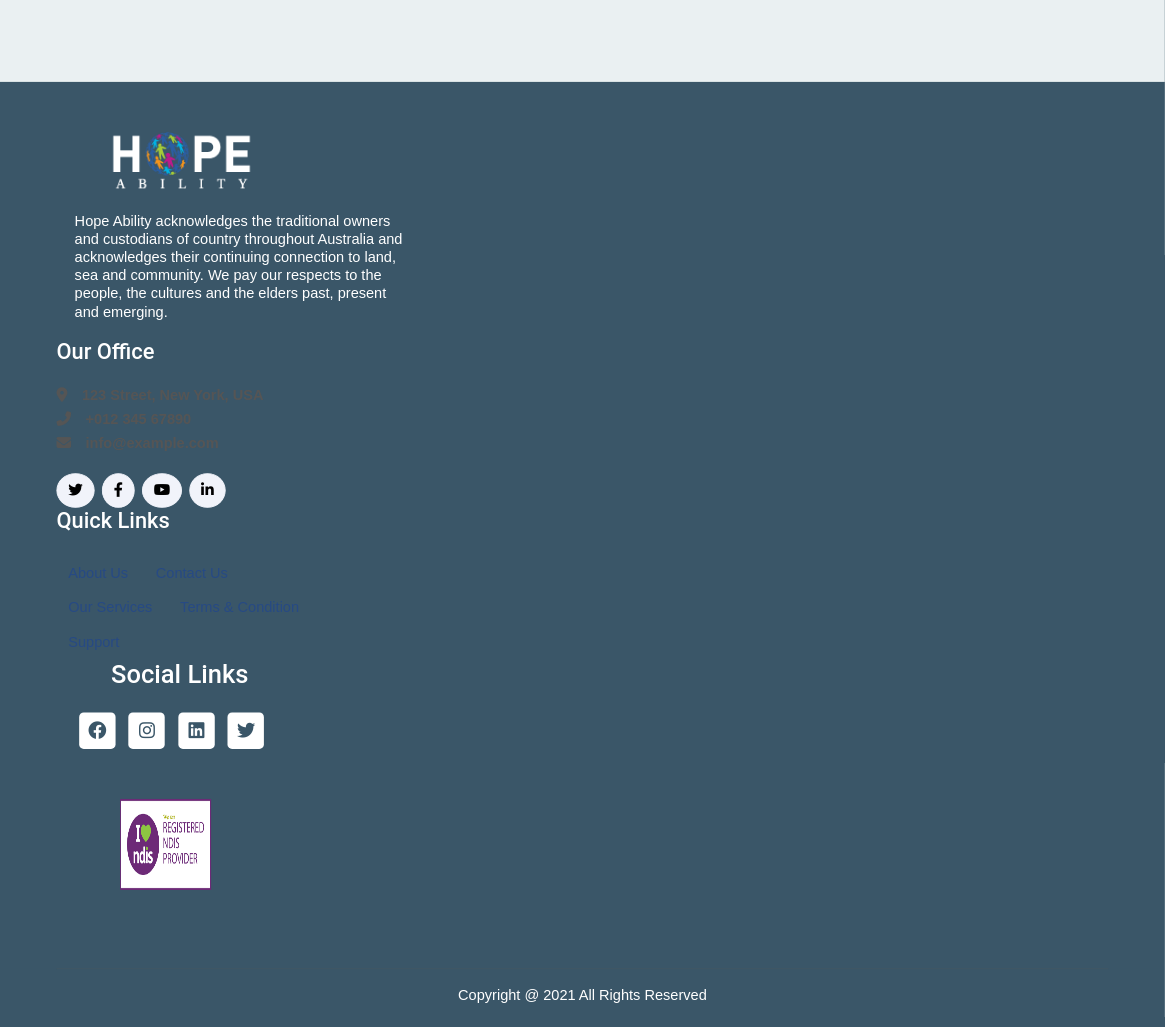
Repository: sandhya8109/hope
Page: footer1.html
An editor plug-in stored every save of this project. The page is shown before and after the next save, followed by the edit.
The browser window is 1280 px wide. The pictures show the whole page, at 91% of full size.
Some web fonts or font styles are not loaded; a fallback is used.

Above is the page before, as saved 2023-05-27 02:02:10.

### footer1.html

    <!DOCTYPE html>
    <html lang="en">

    <head>
        <meta charset="UTF-8">
        <meta http-equiv="X-UA-Compatible" content="IE=edge">
        <meta name="viewport" content="width=device-width, initial-scale=1.0">
        <title>Footer</title>
        <link rel="stylesheet" href="https://cdnjs.cloudflare.com/ajax/libs/font-awesome/6.4.0/css/all.min.css"
            integrity="sha512-iecdLmaskl7CVkqkXNQ/ZH/XLlvWZOJyj7Yy7tcenmpD1ypASozpmT/E0iPtmFIB46ZmdtAc9eNBvH0H/ZpiBw=="
            crossorigin="anonymous" referrerpolicy="no-referrer" />
        <link href="http://fonts.googleapis.com/css?family=Cookie" rel="stylesheet" type="text/css">
        <link rel="stylesheet" href="./css/footer.css">
        <link href="./css/bootstrap.min.css" rel="stylesheet">
        <style>
            @media (max-width: 768px) {
                .footer-distributed {
                    flex-direction: column;
                    text-align: center;
                }

                .footer-left,
                .footer-center,
                .footer-right {
                    margin-bottom: 20px;
                }
            }
        </style>
    </head>

    <body>
        <footer class="footer-distributed">
        <div class="container-xxl">
            <div class="footer-left">
                <img src="./img/hopeability.png" class="img-footer">
                <p class="footer-company-about">
                    <span>Hope Ability acknowledges the traditional owners and custodians of country throughout Australia
                        and acknowledges their continuing connection to land, sea and community. We pay our respects to the
                        people, the cultures and the elders past, present and emerging.
                    </span>
                </p>
            </div>

            <div class="col-lg-3 col-md-6">
                <h4 class="text-white mb-4">Our Office</h4>
                <p class="mb-2"><i class="fa fa-map-marker-alt me-3"></i>123 Street, New York, USA</p>
                <p class="mb-2"><i class="fa fa-phone-alt me-3"></i>+012 345 67890</p>
                <p class="mb-2"><i class="fa fa-envelope me-3"></i>info@example.com</p>
                <div class="d-flex pt-3">
                    <a class="btn btn-square btn-light rounded-circle me-2" href=""><i
                            class="fab fa-twitter"></i></a>
                    <a class="btn btn-square btn-light rounded-circle me-2" href=""><i
                            class="fab fa-facebook-f"></i></a>
                    <a class="btn btn-square btn-light rounded-circle me-2" href=""><i
                            class="fab fa-youtube"></i></a>
                    <a class="btn btn-square btn-light rounded-circle me-2" href=""><i
                            class="fab fa-linkedin-in"></i></a>
                </div>
            </div>
            <div class="col-lg-3 col-md-6">
                <h4 class="text-white mb-4">Quick Links</h4>
                <a class="btn btn-link" href="">About Us</a>
                <a class="btn btn-link" href="">Contact Us</a>
                <a class="btn btn-link" href="">Our Services</a>
                <a class="btn btn-link" href="">Terms & Condition</a>
                <a class="btn btn-link" href="">Support</a>
            </div>
            <div class="footer-right">
                <h3>Social Links</h3>
                <div class="footer-icons">
                    <a href="https://www.facebook.com/hopeabilityofficial/"><i class="fa-brands fa-facebook"></i></a>
                    <a href="https://www.instagram.com/hope_ability/"><i class="fa-brands fa-instagram"></i></a>
                    <a href="https://www.linkedin.com/in/hope-ability/"><i class="fa-brands fa-linkedin"></i></a>
                    <a href="//twitter.com/Hopeabilityau"><i class="fa-brands fa-twitter"></i></a>
                    <img src=".admin/assets/img/NDIS-provider.jpg">
                </div>
            </div>

            <hr>
            <p class="footer-company-name">Copyright @ 2021 All Rights Reserved</p>
        </div>
        </footer>
    </body>

    </html>

### css/footer.css
@import url('http://fonts.googleapis.com/css?family=Open+Sans:400,700');

* {
    padding: 0;
    margin: 0;
}

body {
    font-family: 'Poppins', sans-serif;
}

html {
    background-color: #eaf0f2;
}

hr {
    color: #ffffff;
    width: 100%;
    margin-top: 20px;
}


/* The footer is fixed to the bottom of the page */

footer {
    position: fixed;
    bottom: 0;
}

@media (max-height:800px) {
    footer {
        position: static;
    }

    header {
        padding-top: 40px;
    }
}

.footer-distributed {
    background-color: #3A5668;
    box-sizing: border-box;
    width: 100%;
    text-align: left;
    font: bold 16px sans-serif;
    padding: 50px 50px 10px 50px;
    margin-top: 90px;
}

.footer-distributed .footer-left,
.footer-distributed .footer-center,
.footer-distributed .footer-right {
    display: inline-block;
    vertical-align: top;
}

/* Footer left */

.footer-distributed .footer-left {
    width: 35%;
}

.footer-distributed .footer-left .img-footer {
    padding-left: 60px;
}

.footer-distributed .footer-company-about {
    line-height: 20px;
    color: #92999f;
    font-size: 13px;
    font-weight: normal;
    margin: 0;
}

.footer-distributed .footer-company-about span {
    display: block;
    color: #ffffff;
    font-size: 16px;
    font-weight: 500;
    margin: 20px;
    text-align: left;
}

/* Footer links */

.footer-distributed .footer-links {
    color: #ffffff;
    margin: 20px 0 12px;
}

.footer-distributed .footer-links a {
    display: inline-block;
    line-height: 1.8;
    text-decoration: none;
    color: inherit;
}

.footer-distributed .footer-company-name {
    color: #ffff;
    font-size: 16px;
    font-weight: 500;
    display: flex;
    margin-top: 20px;
    justify-content: center;
}

/* Footer Center */

.footer-distributed .footer-center {
    width: 35%;
}

.footer-distributed .footer-center h3 {
    color: #ffffff;
    padding-left: 60px;
    margin-bottom: 13px;
}

.footer-distributed .footer-center i {
    background-color: #ffffff;
    color: #3A5668;
    font-size: 20px;
    width: 40px;
    height: 40px;
    border-radius: 50%;
    text-align: center;
    line-height: 42px;
    margin: 10px;
    vertical-align: middle;
}

.footer-distributed .footer-center span {
    color: #ffffff;
    font-size: 17px;
    font-weight: 500;
    text-align: left;
}

.footer-distributed .footer-center p {
    font-size: 13px;
    font-weight: lighter;
    color: #ffffff;
    vertical-align: middle;
    padding-left: 65px;
}

.footer-distributed .footer-center a {
    color: #ffffff;
    font-size: 17px;
    font-weight: 500;
    text-align: left;
}

.footer-distributed .footer-center .privacy {
    margin-top: 50px;
}



/* Footer Right */

.footer-distributed .footer-right {
    width: 25%;
}

.footer-distributed .footer-right h3 {
    color: #ffffff;
    padding-left: 60px;
}


.footer-distributed .footer-icons {
    margin: 20px;
}

.footer-distributed .footer-icons a {
    display: inline-block;
    width: 40px;
    height: 40px;
    cursor: pointer;
    background-color: #ffff;
    border-radius: 5px;
    font-size: 20px;
    color: #3A5668;
    text-align: center;
    line-height: 40px;
    margin: 5px;

}

.footer-distributed .footer-icons a:hover {
    background-color: #57c6e4;
    color: #ffffff;
}

.footer-links a:hover {
    color: black;
}

.footer-distributed .footer-right .footer-icons img {
    padding: 0px;
    margin: 50px;
    height: 100px;
    width: 100px;
}

@media (max-width: 880px) {

    .footer-distributed .footer-left,
    .footer-distributed .footer-center,
    .footer-distributed .footer-right {
        display: block;
        width: 100%;
        margin-bottom: 40px;
        text-align: center;

    }

    .footer-distributed .footer-center i {
        margin-left: 0;
    }

    .footer-distributed .footer-right h3 {

        padding-left: 0px;
    }

    .footer-distributed .footer-center h3 {

        padding-left: 0px;
    }

    .footer-distributed .footer-left .img-footer {
        padding-left: 50px;
    }

    .footer-distributed .footer-company-name {
        margin: 10px;
    }

    .footer-distributed .footer-center p {
        margin: 0 0 auto;
    }

    .footer-distributed .footer-right .img {
        padding: 0;
    }
}

Loaded but not shown: css/bootstrap.min.css (library)

After the next save:
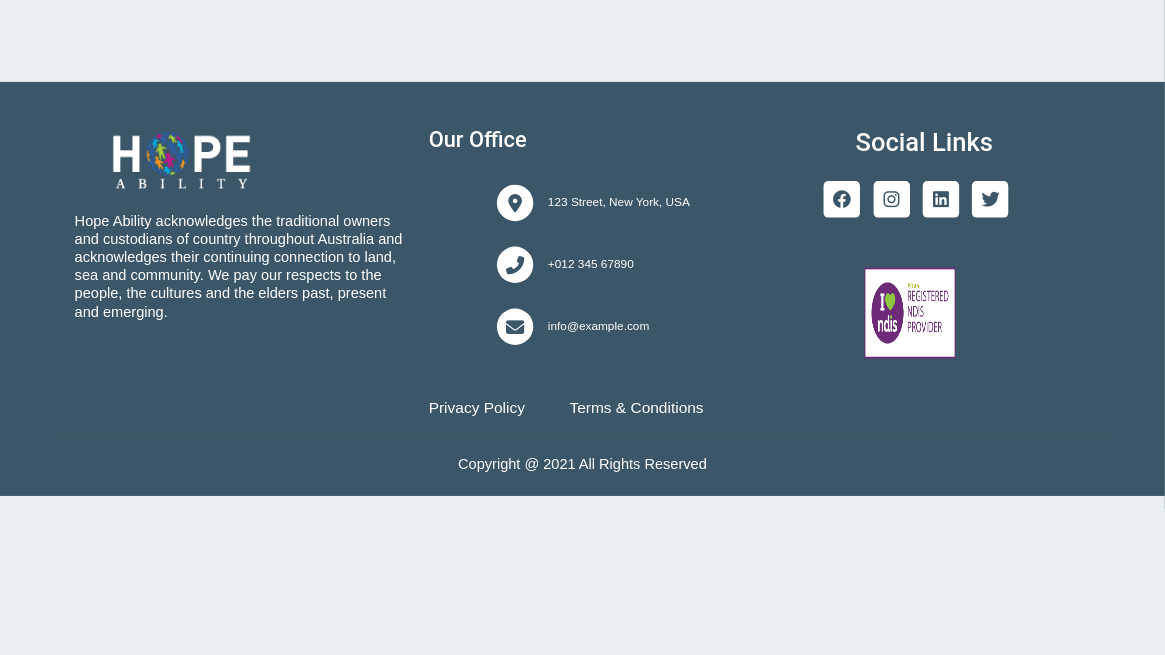
Saved 51 s later.
--- a/footer1.html
+++ b/footer1.html
@@ -42,30 +42,20 @@
                 </p>
             </div>
 
-            <div class="col-lg-3 col-md-6">
+            <div class="footer-center">
                 <h4 class="text-white mb-4">Our Office</h4>
                 <p class="mb-2"><i class="fa fa-map-marker-alt me-3"></i>123 Street, New York, USA</p>
                 <p class="mb-2"><i class="fa fa-phone-alt me-3"></i>+012 345 67890</p>
                 <p class="mb-2"><i class="fa fa-envelope me-3"></i>info@example.com</p>
-                <div class="d-flex pt-3">
-                    <a class="btn btn-square btn-light rounded-circle me-2" href=""><i
-                            class="fab fa-twitter"></i></a>
-                    <a class="btn btn-square btn-light rounded-circle me-2" href=""><i
-                            class="fab fa-facebook-f"></i></a>
-                    <a class="btn btn-square btn-light rounded-circle me-2" href=""><i
-                            class="fab fa-youtube"></i></a>
-                    <a class="btn btn-square btn-light rounded-circle me-2" href=""><i
-                            class="fab fa-linkedin-in"></i></a>
+
+
+                <div class="privacy">
+                    <span><a href="./privacy.php">Privacy Policy</a></span>
+                    &nbsp; &nbsp; &nbsp; &nbsp; &nbsp;
+                    <span><a href="./terms.php">Terms & Conditions</a></span>
                 </div>
             </div>
-            <div class="col-lg-3 col-md-6">
-                <h4 class="text-white mb-4">Quick Links</h4>
-                <a class="btn btn-link" href="">About Us</a>
-                <a class="btn btn-link" href="">Contact Us</a>
-                <a class="btn btn-link" href="">Our Services</a>
-                <a class="btn btn-link" href="">Terms & Condition</a>
-                <a class="btn btn-link" href="">Support</a>
-            </div>
+
             <div class="footer-right">
                 <h3>Social Links</h3>
                 <div class="footer-icons">
